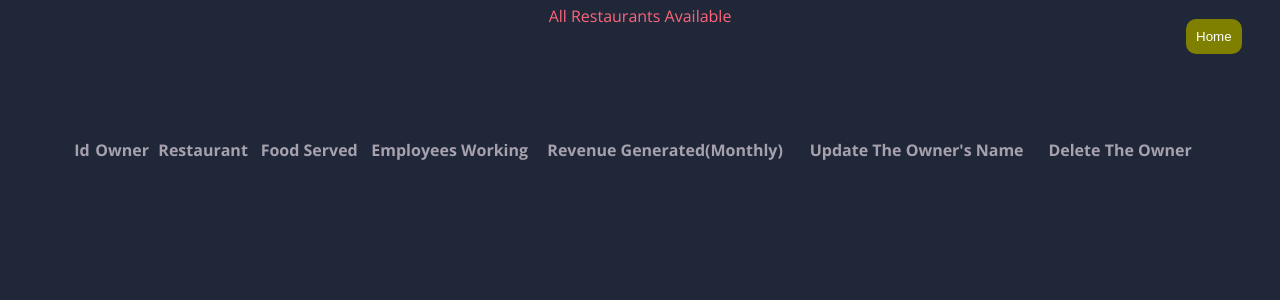
Repository: Kartik-DEV31/CTS-Training-NOVDEC-2020-Project
Page: http://localhost/RestaurantChainManagmentApplication/WEB-INF/jspPages/allRestaurantsData.jsp
An editor plug-in stored every save of this project. The page is shown before and after the next save, followed by the edit.
The browser window is 1280 px wide. The pictures show the whole page.
The page is served by Tomcat 9. Nobody is signed in. The template is opened directly, without the code that normally fills it, so the values that code supplies are empty.

Above is the page before, as saved 2020-12-17 08:14:25.

After the next save:
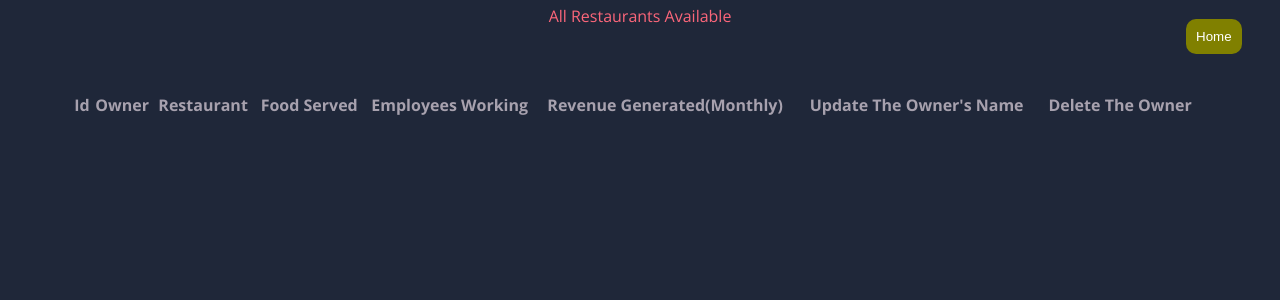
Saved 3 min 15 s later.
--- a/CTS-NOV2020-TrainingProject/RestaurantChainManagmentApplication/src/main/webapp/WEB-INF/jspPages/allRestaurantsData.jsp
+++ b/CTS-NOV2020-TrainingProject/RestaurantChainManagmentApplication/src/main/webapp/WEB-INF/jspPages/allRestaurantsData.jsp
@@ -8,9 +8,9 @@
 <body>
 
 	<h2>All Restaurants Available</h2>
-<h2><form  id="homepage" action="/managmentApplication/">
+<form  id="homepage" action="/managmentApplication/">
   <button class="homeButton" type="submit" >Home</button>
-</form></h2>
+</form>
 	<table class="container">
 
 		<thead>
